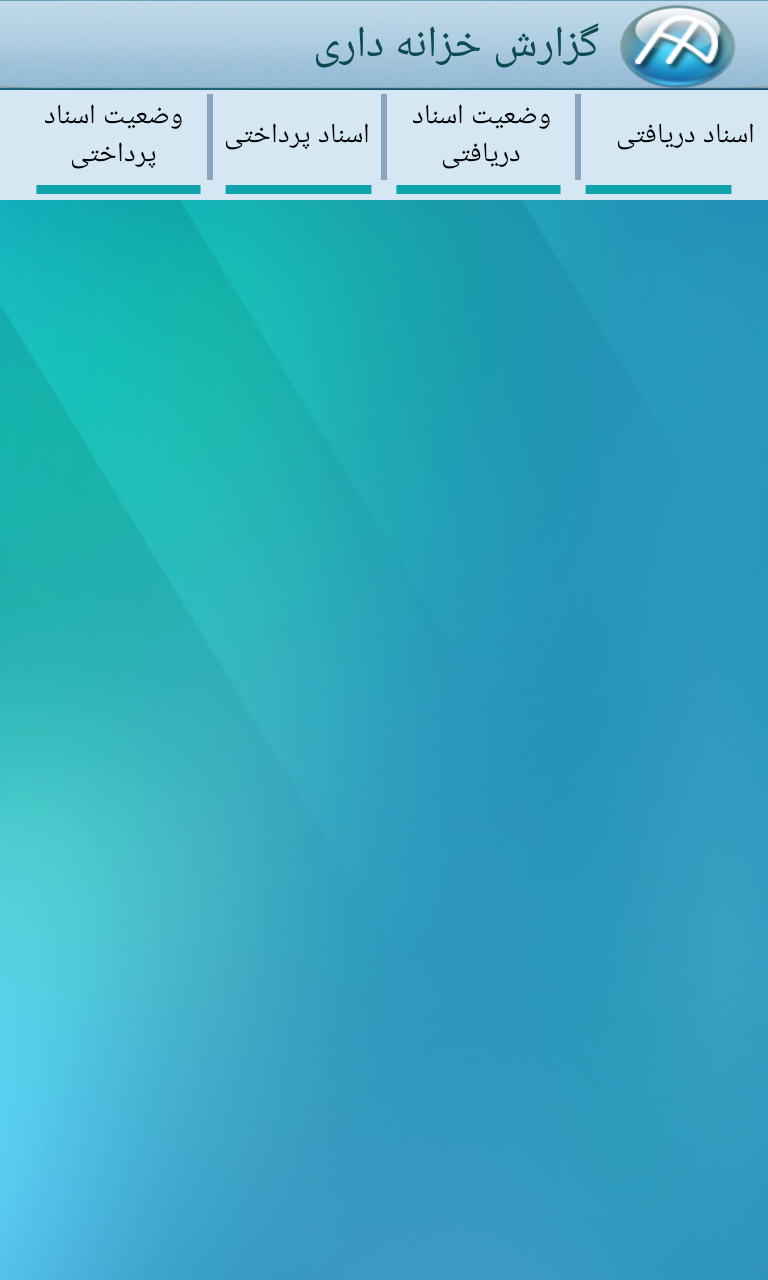
Repository: AtiehPardaz/Reports-Mobile
Layout: Reportsmobile/res/layout/activity_khazane.xml
These files come from the project's save history. The layout is drawn as it stood at one moment and after the next save; the edit follows.
It is drawn on a 768 x 1280 px phone screen (xhdpi) without system bars, with theme Theme.behzad; the app's code is not run. Lists and similar views that code fills are empty.

Above is the layout before, as saved 2015-03-14 12:59:48.

### Reportsmobile/res/layout/activity_khazane.xml
<RelativeLayout xmlns:android="http://schemas.android.com/apk/res/android"
    android:layout_width="fill_parent"
    android:layout_height="fill_parent"
    android:background="@drawable/backgroundsade" >

    <LinearLayout
        android:layout_width="match_parent"
        android:layout_height="match_parent"
        android:orientation="vertical" >

        <LinearLayout
            android:layout_width="match_parent"
            android:layout_height="45dp"
            android:background="@drawable/actionbar"
            android:gravity="right" >

            <TextView
                android:id="@+id/textView1"
                android:layout_width="wrap_content"
                android:layout_height="wrap_content"
                android:layout_gravity="center"
                android:layout_marginRight="10dp"
                android:text="گزارش خزانه داری"
                android:textAppearance="?android:attr/textAppearanceLarge"
                android:textColor="@color/blue_titleactionbar" />

            <ImageButton
                android:id="@+id/imgbtn_menu_khazane"
                android:layout_width="wrap_content"
                android:layout_height="wrap_content"
                android:layout_gravity="center"
                android:layout_marginRight="15dp"
                android:background="@drawable/homebutton"
                android:onClick="btnmenu"
                android:src="@drawable/btn_clickmenu" />
        </LinearLayout>

        <HorizontalScrollView
            android:id="@+id/horizontalScrollView1"
            android:layout_width="match_parent"
            android:layout_height="wrap_content"
            android:layout_gravity="center"
            android:background="@color/blue_actionbar2color" >

            <LinearLayout
                android:layout_width="match_parent"
                android:layout_height="match_parent"
                android:layout_gravity="center"
                android:orientation="vertical" >

                <LinearLayout
                    android:layout_width="match_parent"
                    android:layout_height="45dp"
                    android:background="@color/blue_actionbar2color"
                    android:gravity="center"
                    android:orientation="horizontal" >

                    <Button
                        android:id="@+id/tabbtn_vaziatasnadpardakhti_khazane"
                        android:layout_width="90dp"
                        android:layout_height="wrap_content"
                        android:layout_marginLeft="10dp"
                        android:background="@color/blue_actionbar2color"
                        android:text="وضعیت اسناد پرداختی"
                        android:textSize="14sp" />

                    <View
                        android:id="@+id/View02"
                        android:layout_width="3dp"
                        android:layout_height="50dp"
                        android:layout_gravity="top"
                        android:layout_margin="2dp"
                        android:background="#88a6bd" />

                    <Button
                        android:id="@+id/tabbtn_asnadpardakhti_khazane"
                        android:layout_width="80dp"
                        android:layout_height="wrap_content"
                        android:background="@color/blue_actionbar2color"
                        android:text="اسناد پرداختی"
                        android:textSize="14sp" />

                    <View
                        android:id="@+id/View012"
                        android:layout_width="3dp"
                        android:layout_height="50dp"
                        android:layout_gravity="top"
                        android:layout_margin="2dp"
                        android:background="#88a6bd" />

                    <Button
                        android:id="@+id/tabbtn_vaziatasnaddaryafti_khazane"
                        android:layout_width="90dp"
                        android:layout_height="40dp"
                        android:background="@color/blue_actionbar2color"
                        android:text="وضعیت اسناد دریافتی"
                        android:textSize="14sp" />

                    <View
                        android:id="@+id/View03"
                        android:layout_width="3dp"
                        android:layout_height="50dp"
                        android:layout_gravity="top"
                        android:layout_margin="2dp"
                        android:background="#88a6bd" />

                    <Button
                        android:id="@+id/tabbtn_asnaddaryafti_khazane"
                        android:layout_width="80dp"
                        android:layout_height="wrap_content"
                        android:layout_marginLeft="10dp"
                        android:background="@color/blue_actionbar2color"
                        android:text="اسناد دریافتی"
                        android:textSize="14sp" />

                </LinearLayout>

                <LinearLayout
                    android:layout_width="match_parent"
                    android:layout_height="10dp"
                    android:background="@color/blue_actionbar2color"
                    android:gravity="center" >

                    <ImageButton
                        android:id="@+id/imgbtn_underline_vaziatasnadpardakhti_khazane"
                        android:layout_width="90dp"
                        android:layout_height="wrap_content"
                        android:layout_marginRight="5dp"
                        android:background="@drawable/underline" />

                    <ImageButton
                        android:id="@+id/imgbtn_underline_asnadpardakhti_khazane"
                        android:layout_width="80dp"
                        android:layout_height="wrap_content"
                        android:layout_marginRight="5dp"
                        android:background="@drawable/underline" />

                    <ImageButton
                        android:id="@+id/imgbtn_underline_vaziatasnaddaryafti_khazane"
                        android:layout_width="90dp"
                        android:layout_height="wrap_content"
                        android:layout_marginRight="5dp"
                        android:background="@drawable/underline" />

                    <ImageButton
                        android:id="@+id/imgbtn_underline_asnaddaryafti_khazane"
                        android:layout_width="80dp"
                        android:layout_height="wrap_content"
                        android:background="@drawable/underline" />
                </LinearLayout>
            </LinearLayout>

        </HorizontalScrollView>

        <LinearLayout
            android:layout_width="match_parent"
            android:layout_height="wrap_content"
            android:orientation="vertical" >

            <android.support.v4.view.ViewPager
                android:id="@+id/pagerkhazane"
                android:layout_width="match_parent"
                android:layout_height="match_parent" >
            </android.support.v4.view.ViewPager>
        </LinearLayout>
    </LinearLayout>

    <LinearLayout
        android:id="@+id/linearmenu_khazane"
        android:layout_width="match_parent"
        android:layout_height="match_parent"
        android:background="@drawable/backmenutransparent"
        android:gravity="right"
        android:visibility="gone" >

        <LinearLayout
            android:layout_width="wrap_content"
            android:layout_height="wrap_content"
            android:layout_gravity="center|top"
            android:layout_marginRight="2dp"
            android:layout_marginTop="55dp"
            android:background="@drawable/menubackground"
            android:gravity="right|center"
            android:orientation="vertical" >

            <ImageButton
                android:id="@+id/imgbtn_forosh_khazane"
                android:layout_width="wrap_content"
                android:layout_height="wrap_content"
                android:layout_marginTop="5dp"
                android:background="@drawable/btnforosh"
                android:src="@drawable/btn_click" />

            <ImageButton
                android:id="@+id/imgbtn_khazane_khazane"
                android:layout_width="wrap_content"
                android:layout_height="wrap_content"
                android:background="@drawable/btnkhazane"
                android:src="@drawable/btn_click" />

            <ImageButton
                android:id="@+id/imgbtn_hesabdari_khazane"
                android:layout_width="wrap_content"
                android:layout_height="wrap_content"
                android:background="@drawable/btnhesabdari"
                android:src="@drawable/btn_click" />

            <ImageButton
                android:id="@+id/imgbtn_kala_khazane"
                android:layout_width="wrap_content"
                android:layout_height="wrap_content"
                android:background="@drawable/btnkala"
                android:src="@drawable/btn_click" />

            <ImageButton
                android:id="@+id/imgbtn_domain_khazane"
                android:layout_width="wrap_content"
                android:layout_height="wrap_content"
                android:layout_marginBottom="5dp"
                android:background="@drawable/btndomain"
                android:src="@drawable/btn_click" />
        </LinearLayout>
    </LinearLayout>

</RelativeLayout>

### Reportsmobile/res/values/colors.xml
<?xml version="1.0" encoding="utf-8"?>
<resources>

    <color name="first_row_text_color">#000000</color>
    <color name="holidays_text_color">#FF0000</color>
    <color name="first_row_background_color">#DDDDDD</color>

    <!-- solely used on QiblaCompassView -->
    <color name="background_color">#6E97B9</color>
    <color name="marker_color">#FFFFFF</color>
    <color name="text_color">#000000</color>
    <color name="bg_action_green">#3BB18E</color>
    <color name="bg_action_gray"> #dddddd</color>
    <color name="white_color"> #ffffff</color>
    <color name="blue_titlecolor"> #293897</color>
     <color name="blue_actionbar2color"> #d4e7f3</color>
     <color name="blue_titleactionbar"> #0c4c51</color>



</resources>

### Reportsmobile/res/drawable/btn_clickmenu.xml
<selector xmlns:android="http://schemas.android.com/apk/res/android">
<item android:state_focused="true" android:drawable="@drawable/homebtnclick"/>
<item android:state_pressed="true" android:drawable="@drawable/homebtnclick" />
<item android:state_selected="true" android:drawable="@drawable/homebtnclick" />


</selector>

### Reportsmobile/res/drawable/btn_click.xml
<selector xmlns:android="http://schemas.android.com/apk/res/android">
<item android:state_focused="true" android:drawable="@drawable/btnclick"/>
<item android:state_pressed="true" android:drawable="@drawable/btnclick" />

</selector>

Loaded but not shown: Reportsmobile/res/values/styles.xml (common file)

After the next save:
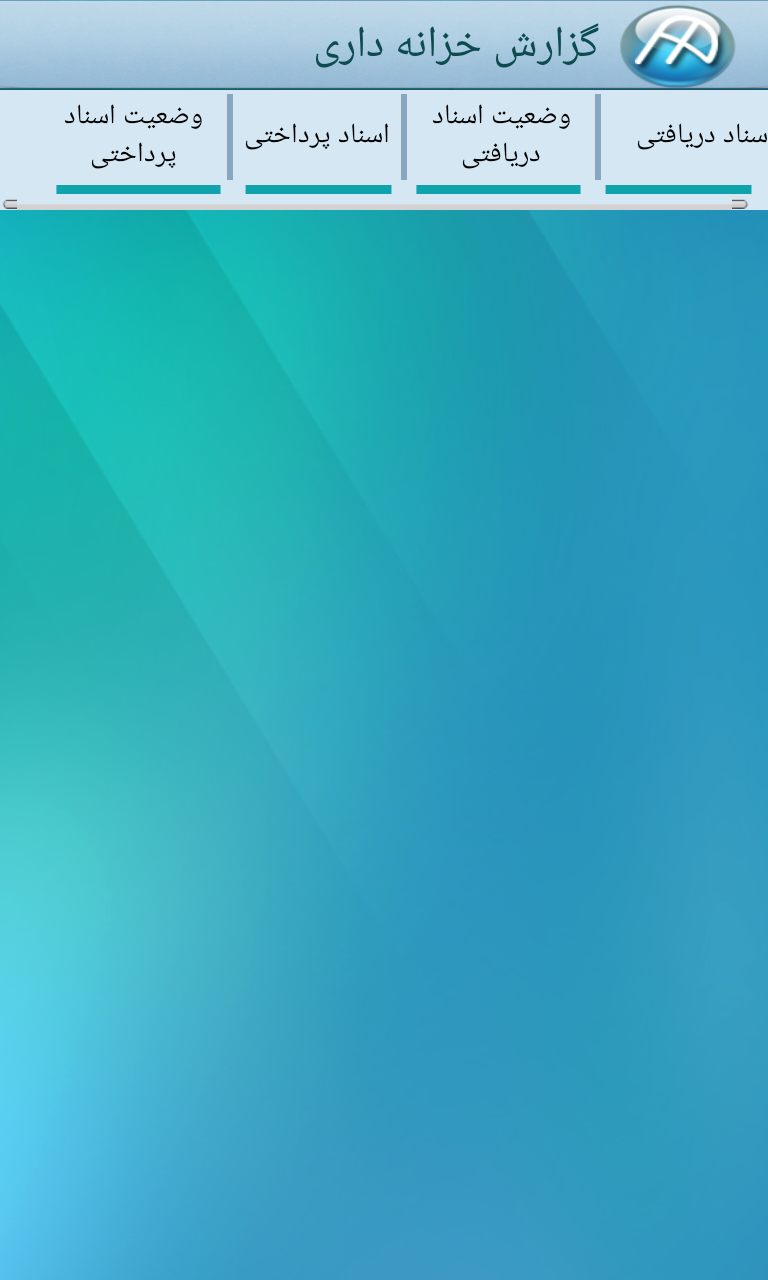
Saved 2 min 0 s later.
--- a/Reportsmobile/res/layout/activity_khazane.xml
+++ b/Reportsmobile/res/layout/activity_khazane.xml
@@ -46,7 +46,9 @@
                 android:layout_width="match_parent"
                 android:layout_height="match_parent"
                 android:layout_gravity="center"
-                android:orientation="vertical" >
+                android:orientation="vertical"
+                android:paddingBottom="5dp"
+                android:paddingLeft="20dp" >
 
                 <LinearLayout
                     android:layout_width="match_parent"
